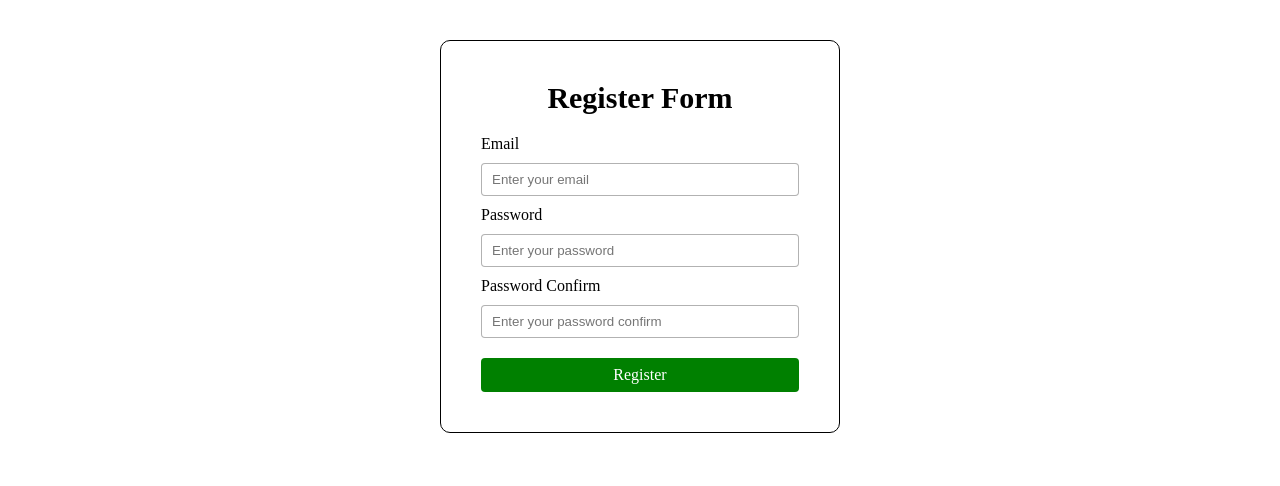
Repository: nptg3105/Register-form
Page: index.html
An editor plug-in stored every save of this project. The page is shown before and after a run of saves, followed by the edit.
The browser window is 1280 px wide. The pictures show the whole page.
Some web libraries are served in a nearby version.

Above is the page before, as saved 2022-01-05 21:59:25.

### index.html
<!DOCTYPE html>
<html lang="en">
  <head>
    <meta charset="UTF-8" />
    <meta http-equiv="X-UA-Compatible" content="IE=edge" />
    <meta name="viewport" content="width=device-width, initial-scale=1.0" />
    <title>Document</title>
    <link rel="stylesheet" href="style.css" />
  </head>
  <body>
    <div id="register-form"></div>

    <script
      src="https://unpkg.com/react@17/umd/react.production.min.js"
      crossorigin
    ></script>
    <script
      src="https://unpkg.com/react-dom@17/umd/react-dom.production.min.js"
      crossorigin
    ></script>
    <script src="https://unpkg.com/babel-standalone@6/babel.min.js"></script>
    <script type="text/babel" src="main.js"></script>
  </body>
</html>

### style.css
* {
  box-sizing: border-box;
  margin: 0;
  padding: 0;
}
.register {
  background-color: #fff;
  max-width: 400px;
  margin: 40px auto;
  padding: 40px;
  border: 1px solid #000;
  border-radius: 10px;
}
.title {
  text-align: center;
  font-weight: bold;
  font-size: 30px;
  margin-bottom: 20px;
}
#email,
#password,
#password-confirm {
  margin: 10px 0;
  width: 100%;
  padding: 8px 50px 8px 10px;
  border-radius: 4px;
  border: 1px solid rgba(0, 0, 0, 0.3);
}
.btn {
  text-decoration: none;
  background-color: #008000;
  text-align: center;
  color: white;
  width: 100%;
  display: block;
  padding: 8px 0;
  margin-top: 10px;
  border-radius: 4px;
}

### main.js
const registerForm = document.querySelector("#register-form");
const form = (
  <div className="register">
    <h2 className="title">Register Form</h2>
    <form>
      <label for="email">Email</label>
      <br />
      <input
        placeholder="Enter your email"
        type="email"
        id="email"
        name="mail"
      />
      <br />
      <label for="password">Password</label>
      <br />
      <input
        placeholder="Enter your password"
        type="password"
        id="password"
        name="pass"
      />
      <br />
      <label for="password-confirm">Password Confirm</label>
      <br />
      <input
        placeholder="Enter your password confirm"
        type="password"
        id="password-confirm"
        name="pass-confirm"
      />
    </form>
    <a href="#" className="btn">
      Register
    </a>
  </div>
);
ReactDOM.render(form, registerForm);

After the next 4 saves:
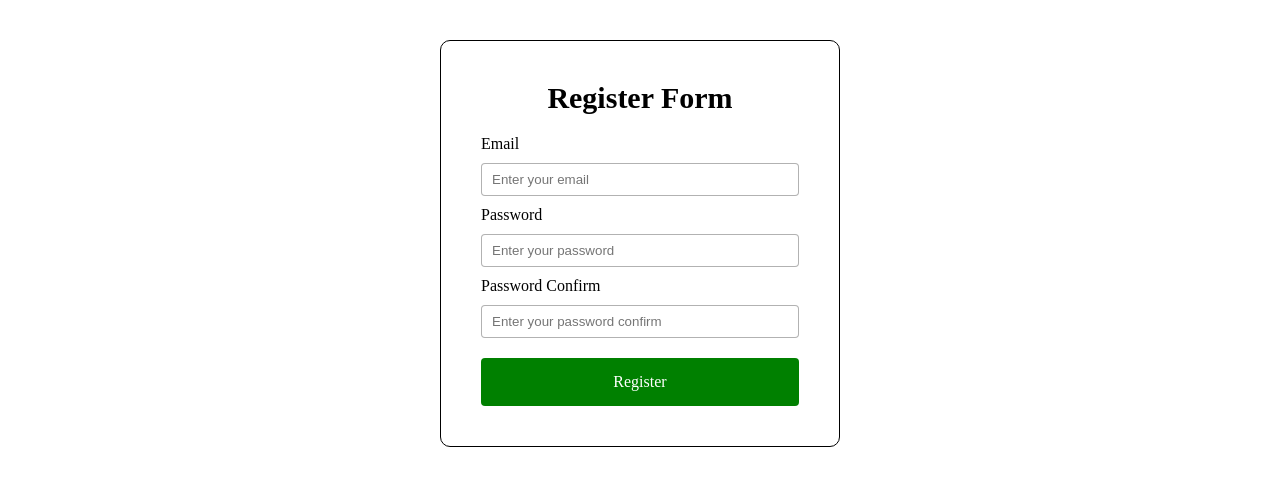
The 4 saves are shown as one change because they came seconds apart.
The last was saved 14 s later.
--- a/style.css
+++ b/style.css
@@ -33,7 +33,7 @@
   color: white;
   width: 100%;
   display: block;
-  padding: 8px 0;
+  padding: 15px 0;
   margin-top: 10px;
   border-radius: 4px;
 }
